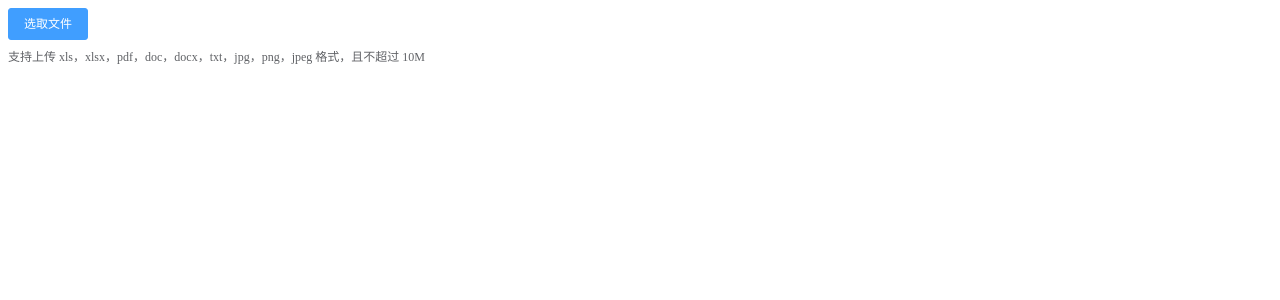
Repository: wfj01/Qmhht
Page: /#/Upload
The author's editor kept a copy of each file at every save. The page is drawn from the files as they stood at one save, then again after the next save.
The browser window is 1280 px wide. The pictures show the whole page.
The project was rebuilt for these pictures with package versions that can differ from the ones it lists, and the page was loaded fresh each time. Also part of the build but not shown: src/components/HelloWorld.vue, src/view/msite.vue, src/view/index/index.vue, src/view/index/home/home.vue, src/view/login/login.vue, src/components/add/adduser.vue, src/view/table/table.vue.

Above is the page before, as saved 2021-01-16 14:59:28.

After the next save:
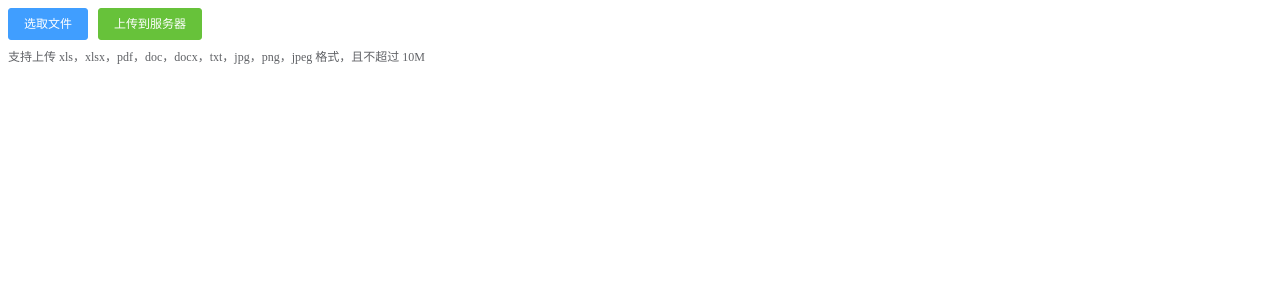
Saved 110 s later.
--- a/src/view/uploadfile/index.vue
+++ b/src/view/uploadfile/index.vue
@@ -11,7 +11,7 @@
     class="upload-demo"
   >
     <el-button slot="trigger" size="small" type="primary">选取文件</el-button>
-    <!-- <el-button style="margin-left: 10px;" size="small" type="success" @click="submitUpload">上传到服务器</el-button> -->
+    <el-button style="margin-left: 10px;" size="small" type="success" @click="submitUpload">上传到服务器</el-button>
     <div slot="tip" class="el-upload__tip">
       支持上传 {{ strRebuild(fileType) }} 格式，且不超过 {{ fileSize }}M
     </div>
